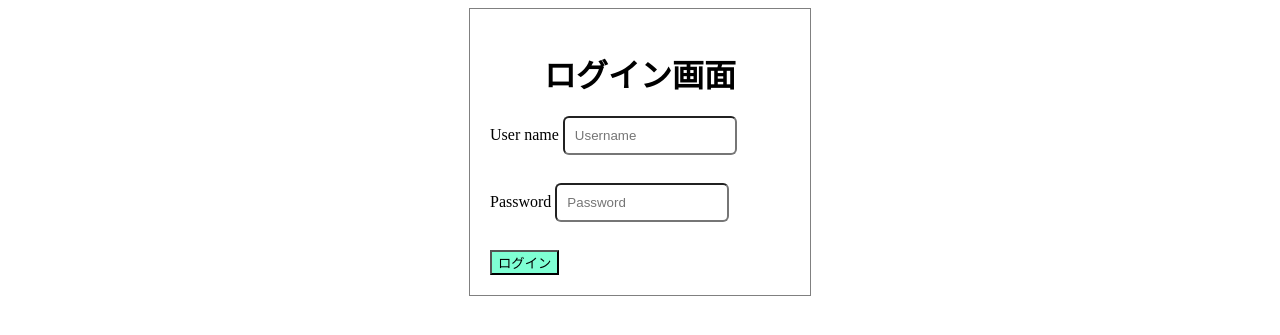
Repository: Jutta197/frontend726
Page: css_ex/login/login.html
The author's editor kept a copy of each file at every save. The page is drawn from the files as they stood at one save, then again after the next save.
The browser window is 1280 px wide. The pictures show the whole page.

Above is the page before, as saved 2023-07-31 09:47:06.

After the next save:
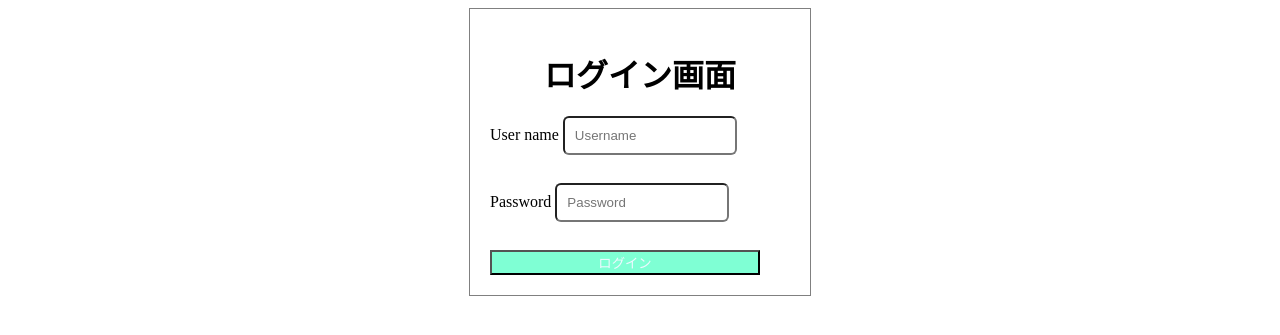
Saved 61 s later.
--- a/css_ex/login/style.css
+++ b/css_ex/login/style.css
@@ -20,7 +20,8 @@ h1 {
 
 #submit-button {
     background-color: aquamarine;
-
+    color: aliceblue;
+    width: 90%;
 }
 
 
